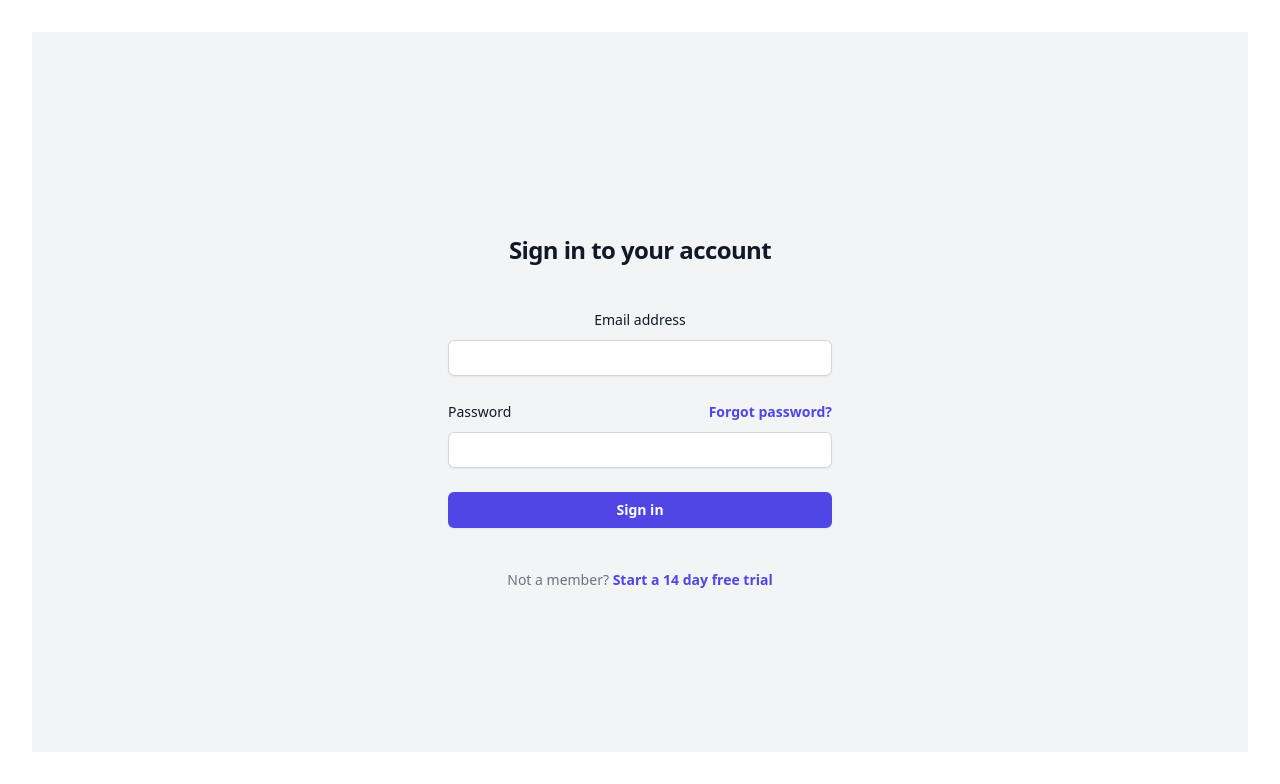
Repository: Wafaabahgat/Formik_React
Page: /
An editor plug-in stored every save of this project. The page is shown before and after a run of saves, followed by the edit.
The browser window is 1280 px wide. The pictures show the whole page.
The project was rebuilt for these pictures with package versions that can differ from the ones it lists, and the page was loaded fresh each time. Also part of the build but not shown: vite.config.ts.

Above is the page before, as saved 2024-02-13 20:52:51.

### src/App.tsx
// App.tsx
import React from "react";
import RegistrationForm from "./components/RegistrationForm";
import "./App.css";

const App: React.FC = () => {
  return (
    <div className="min-h-screen flex items-center justify-center bg-gray-100">
      <RegistrationForm />
    </div>
  );
};

export default App;

### src/components/RegistrationForm.jsx
// RegistrationForm.js
import React from "react";
// import { useFormik } from "formik";
// import * as Yup from "yup";

const RegistrationForm = () => {
  // const formik = useFormik({
    // initialValues: {
      // username: "",
      // password: "",
      // email: "",
    // },
    // validationSchema: Yup.object({
      // username: Yup.string()
        // .min(8, "Username must be at least 8 characters")
        // .max(20, "Username must be at most 20 characters")
        // .required("Username is required"),
      // password: Yup.string()
        // .min(8, "Password must be at least 8 characters")
        // .max(20, "Password must be at most 20 characters")
        // .matches(
          // /^(?=.*\d)(?=.*[a-z])(?=.*[A-Z])(?=.*[@#$%]).*$/,
          // "Password must meet the criteria"
        // )
        // .required("Password is required"),
      // email: Yup.string()
        // .email("Invalid email address")
        // .required("Email is required"),
    // }),
    // onSubmit: (values) => {
     // Handle form submission
      // console.log(values);
    // },
  // });

  return (
    <div className="flex min-h-full flex-1 flex-col justify-center px-6 py-12 lg:px-8">
      <div className="sm:mx-auto sm:w-full sm:max-w-sm">
        <h2 className="mt-10 text-center text-2xl font-bold leading-9 tracking-tight text-gray-900">
          Sign in to your account
        </h2>
      </div>

      <div className="mt-10 sm:mx-auto sm:w-full sm:max-w-sm">
        <form className="space-y-6" action="#" method="POST">
          <div>
            <label
              htmlFor="email"
              className="block text-sm font-medium leading-6 text-gray-900"
            >
              Email address
            </label>
            <div className="mt-2">
              <input
                id="email"
                name="email"
                type="email"
                autoComplete="email"
                required
                className="block w-full rounded-md border-0 py-1.5 text-gray-900 shadow-sm ring-1 ring-inset ring-gray-300 placeholder:text-gray-400 focus:ring-2 focus:ring-inset focus:ring-indigo-600 sm:text-sm sm:leading-6"
              />
            </div>
          </div>

          <div>
            <div className="flex items-center justify-between">
              <label
                htmlFor="password"
                className="block text-sm font-medium leading-6 text-gray-900"
              >
                Password
              </label>
              <div className="text-sm">
                <a
                  href="#"
                  className="font-semibold text-indigo-600 hover:text-indigo-500"
                >
                  Forgot password?
                </a>
              </div>
            </div>
            <div className="mt-2">
              <input
                id="password"
                name="password"
                type="password"
                autoComplete="current-password"
                required
                className="block w-full rounded-md border-0 py-1.5 text-gray-900 shadow-sm ring-1 ring-inset ring-gray-300 placeholder:text-gray-400 focus:ring-2 focus:ring-inset focus:ring-indigo-600 sm:text-sm sm:leading-6"
              />
            </div>
          </div>

          <div>
            <button
              type="submit"
              className="flex w-full justify-center rounded-md bg-indigo-600 px-3 py-1.5 text-sm font-semibold leading-6 text-white shadow-sm hover:bg-indigo-500 focus-visible:outline focus-visible:outline-2 focus-visible:outline-offset-2 focus-visible:outline-indigo-600"
            >
              Sign in
            </button>
          </div>
        </form>

        <p className="mt-10 text-center text-sm text-gray-500">
          Not a member?{" "}
          <a
            href="#"
            className="font-semibold leading-6 text-indigo-600 hover:text-indigo-500"
          >
            Start a 14 day free trial
          </a>
        </p>
      </div>
    </div>
  );
};

export default RegistrationForm;

Loaded but not shown: index.html (common file); src/main.tsx (common file); src/App.css (common file); tailwind.config.js (common file)

After the next 6 saves:
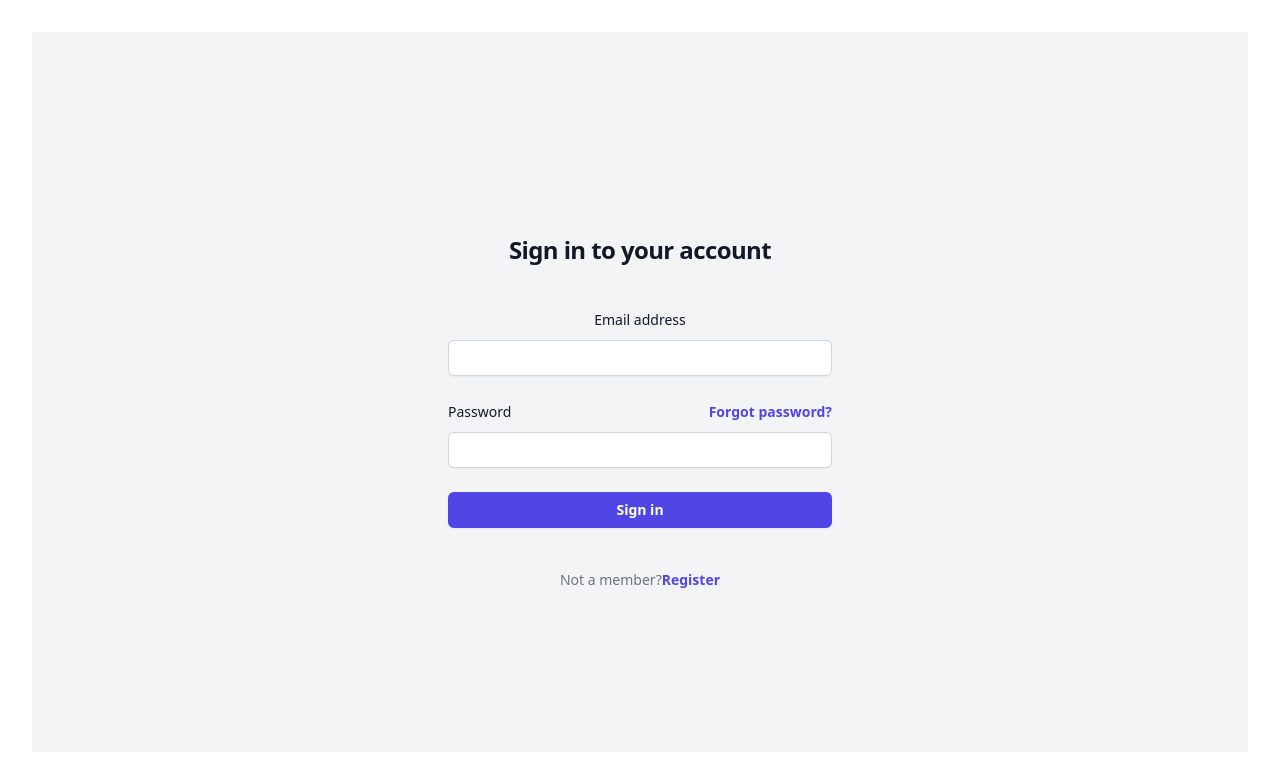
The 6 saves are shown as one change because they came seconds apart.
The last was saved 35 s later.
--- a/src/components/RegistrationForm.jsx
+++ b/src/components/RegistrationForm.jsx
@@ -5,32 +5,32 @@ import React from "react";
 
 const RegistrationForm = () => {
   // const formik = useFormik({
-    // initialValues: {
-      // username: "",
-      // password: "",
-      // email: "",
-    // },
-    // validationSchema: Yup.object({
-      // username: Yup.string()
-        // .min(8, "Username must be at least 8 characters")
-        // .max(20, "Username must be at most 20 characters")
-        // .required("Username is required"),
-      // password: Yup.string()
-        // .min(8, "Password must be at least 8 characters")
-        // .max(20, "Password must be at most 20 characters")
-        // .matches(
-          // /^(?=.*\d)(?=.*[a-z])(?=.*[A-Z])(?=.*[@#$%]).*$/,
-          // "Password must meet the criteria"
-        // )
-        // .required("Password is required"),
-      // email: Yup.string()
-        // .email("Invalid email address")
-        // .required("Email is required"),
-    // }),
-    // onSubmit: (values) => {
-     // Handle form submission
-      // console.log(values);
-    // },
+  // initialValues: {
+  // username: "",
+  // password: "",
+  // email: "",
+  // },
+  // validationSchema: Yup.object({
+  // username: Yup.string()
+  // .min(8, "Username must be at least 8 characters")
+  // .max(20, "Username must be at most 20 characters")
+  // .required("Username is required"),
+  // password: Yup.string()
+  // .min(8, "Password must be at least 8 characters")
+  // .max(20, "Password must be at most 20 characters")
+  // .matches(
+  // /^(?=.*\d)(?=.*[a-z])(?=.*[A-Z])(?=.*[@#$%]).*$/,
+  // "Password must meet the criteria"
+  // )
+  // .required("Password is required"),
+  // email: Yup.string()
+  // .email("Invalid email address")
+  // .required("Email is required"),
+  // }),
+  // onSubmit: (values) => {
+  // Handle form submission
+  // console.log(values);
+  // },
   // });
 
   return (
@@ -102,12 +102,12 @@ const RegistrationForm = () => {
         </form>
 
         <p className="mt-10 text-center text-sm text-gray-500">
-          Not a member?{" "}
+          Not a member?
           <a
             href="#"
             className="font-semibold leading-6 text-indigo-600 hover:text-indigo-500"
           >
-            Start a 14 day free trial
+            Register
           </a>
         </p>
       </div>
